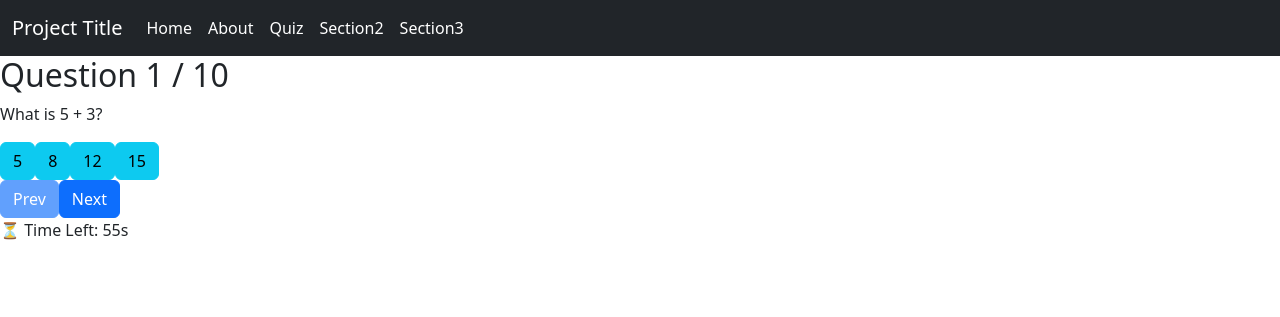
Repository: rahul-chakradhari/devquest
Page: /quiz (app in project/)
An editor plug-in stored every save of this project. The page is shown before and after the next save, followed by the edit.
The browser window is 1280 px wide. The pictures show the whole page.
The project was rebuilt for these pictures with package versions that can differ from the ones it lists, and the page was loaded fresh each time. Also part of the build but not shown: project/vite.config.js, project/src/App.css, project/src/components/Home.jsx, project/src/components/About.jsx, project/src/components/Section2.jsx, project/src/components/Section3.jsx, project/src/index.css.

Above is the page before, as saved 2025-02-23 13:18:52.

After the next save:
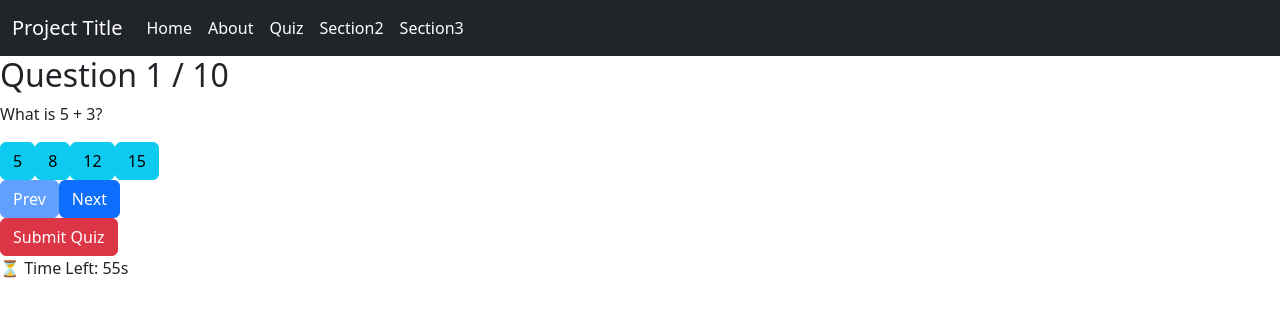
Saved 2 min 37 s later.
--- a/project/src/components/Quiz.jsx
+++ b/project/src/components/Quiz.jsx
@@ -1,4 +1,5 @@
 import React, { useState, useEffect } from "react";
+import { useNavigate } from "react-router-dom";
 
 const questions = [
   { question: "What is 5 + 3?", options: ["5", "8", "12", "15"], answer: "8" },
@@ -37,11 +38,12 @@ const questions = [
   },
 ];
 
-const Quiz = ({ onFinish }) => {
+const Quiz = () => {
   const [currentQuestion, setCurrentQuestion] = useState(0);
   const [selectedAnswer, setSelectedAnswer] = useState(null);
   const [score, setScore] = useState(0);
   const [timeLeft, setTimeLeft] = useState(60);
+  const navigate = useNavigate();
 
   useEffect(() => {
     if (timeLeft === 0) {
@@ -71,7 +73,7 @@ const Quiz = ({ onFinish }) => {
   };
 
   const handleSubmit = () => {
-    onFinish(score);
+    navigate("/result", { state: { score, total: questions.length } });
   };
 
   return (
@@ -105,23 +107,15 @@ const Quiz = ({ onFinish }) => {
         >
           Prev
         </button>
-        {currentQuestion < questions.length - 1 ? (
-          <button
-            type="button"
-            className="btn btn-primary"
-            onClick={handleNext}
-          >
-            Next
-          </button>
-        ) : (
-          <button
-            type="button"
-            className="btn btn-danger"
-            onClick={handleSubmit}
-          >
-            Submit
-          </button>
-        )}
+        <button type="button" className="btn btn-primary" onClick={handleNext}>
+          Next
+        </button>
+      </div>
+
+      <div className="submit-section">
+        <button type="button" className="btn btn-danger" onClick={handleSubmit}>
+          Submit Quiz
+        </button>
       </div>
 
       <p className="timer">⏳ Time Left: {timeLeft}s</p>
